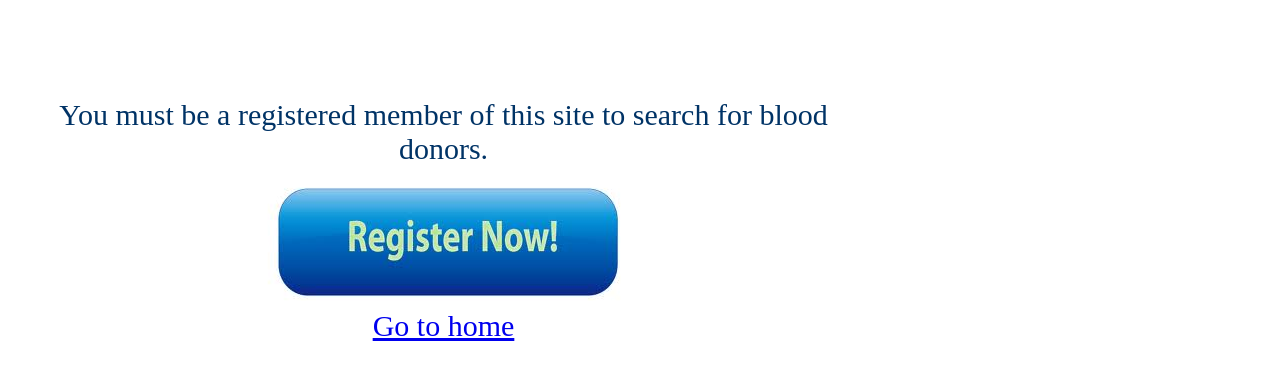
Repository: bingoarun/innovo
Page: http://localhost/blooddon/blooddonor/search_without_login.jsp
An editor plug-in stored every save of this project. The page is shown before and after the next save, followed by the edit.
The browser window is 1280 px wide. The pictures show the whole page.
The page is served by Tomcat 9.

Above is the page before, as saved 2012-03-21 15:18:50.

After the next save:
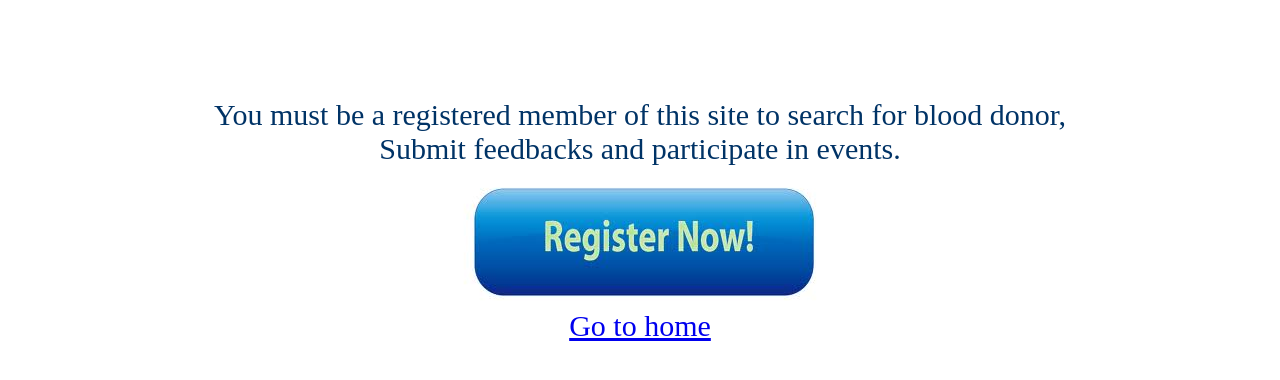
Saved 3 min 15 s later.
--- a/Project/blooddon/blooddon/WebContent/blooddonor/search_without_login.jsp
+++ b/Project/blooddon/blooddon/WebContent/blooddonor/search_without_login.jsp
@@ -9,9 +9,9 @@
 
 <body class="bigg">
 <p>&nbsp;</p>
-<table width="871" height="222" border="0" cellpadding="2" cellspacing="2">
+<table width="871" height="222" border="0" align="center" cellpadding="2" cellspacing="2">
   <tr>
-    <td align="center">You must be a registered member of this site to search for blood donors.</td>
+    <td align="center">You must be a registered member of this site to search for blood donor, Submit feedbacks and participate in events.</td>
   </tr>
   <tr>
     <td align="center"><a href="donor_reg.jsp"><img src="images/register.jpg" width="384" height="131" alt="register" /></a></td>
